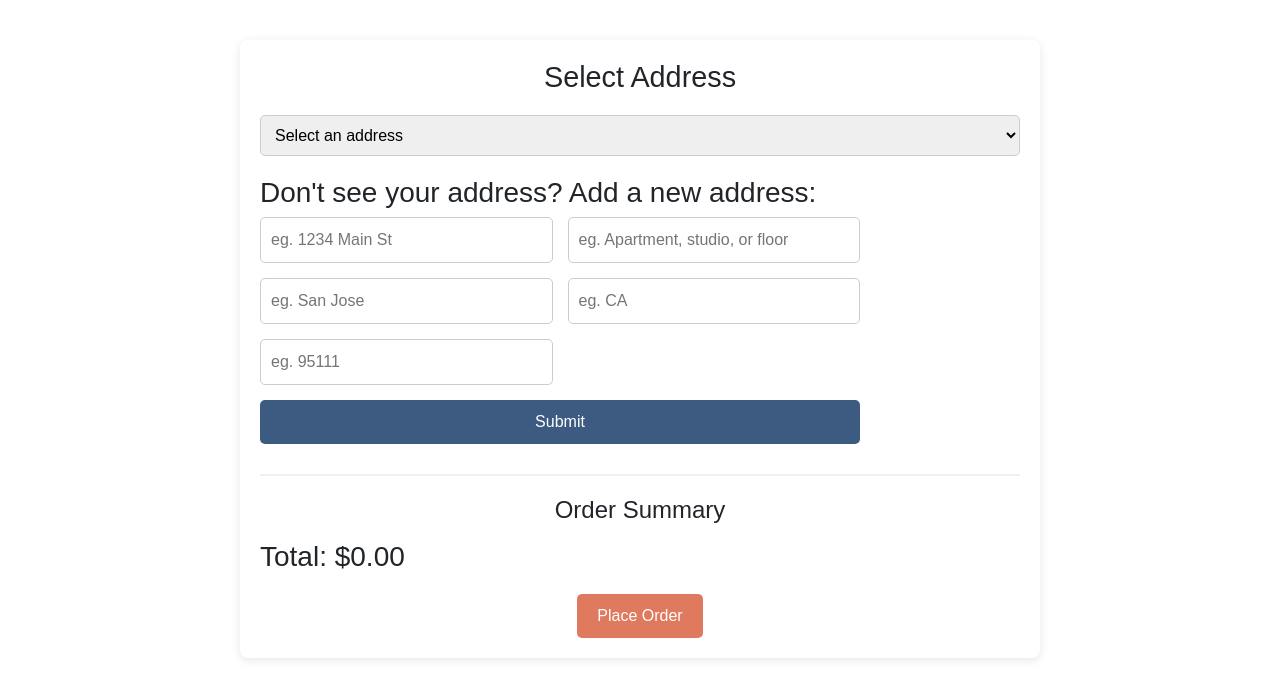
Repository: chelseajaculina/lab2-uber-eats
Page: /order (app in frontend/)
An editor plug-in stored every save of this project. The page is shown before and after a run of saves, followed by the edit.
The browser window is 1280 px wide. The pictures show the whole page.
The page's requests for data from a server got no answer. The project was rebuilt for these pictures with package versions that can differ from the ones it lists, and the page was loaded fresh each time. No one was signed in, and anything a server would have sent is missing. Also part of the build but not shown: frontend/src/components/Home.css, frontend/src/components/Logout.css, frontend/src/components/Logout.js, frontend/src/components/CartModal.css, frontend/src/components/CartModal.js, frontend/src/components/NavBarHome.js, frontend/src/components/Home.js, frontend/src/components/CustomerSignUp.js and 25 more.

Above is the page before, as saved 2024-11-19 16:54:30.

### frontend/src/components/OrderPage.js
import React, { useState, useEffect } from 'react';
import { useLocation } from 'react-router-dom';
import './OrderPage.css';

const OrderPage = () => {
  const location = useLocation();
  const cart = location.state?.cart || []; // Retrieve cart data from navigation state
  const [addresses, setAddresses] = useState([]); // State for saved addresses
  const [selectedAddress, setSelectedAddress] = useState(''); // State for the selected address

  // Function to calculate total amount
  const calculateTotal = () =>
    cart.reduce((total, item) => total + (parseFloat(item.price) || 0) * item.quantity, 0).toFixed(2);

  // Fetch saved addresses from the backend
  useEffect(() => {
    const fetchAddresses = async () => {
      try {
        const response = await fetch('/api/customers/addresses', {
          method: 'GET',
          headers: {
            'Content-Type': 'application/json',
            Authorization: `Bearer ${localStorage.getItem('token')}`, // Add token if needed for authentication
          },
        });

        if (response.ok) {
          const data = await response.json();
          setAddresses(data.addresses); // Assuming the API returns an object with an 'addresses' array
        } else {
          console.error('Failed to fetch addresses');
        }
      } catch (error) {
        console.error('Error fetching addresses:', error);
      }
    };

    fetchAddresses();
  }, []);

  return (
    <div className="order-page">
      <h2>Select Address</h2>
      <select
        className="address-dropdown"
        value={selectedAddress}
        onChange={(e) => setSelectedAddress(e.target.value)}
      >
        <option value="">Select an address</option>
        {addresses.map((address, index) => (
          <option key={index} value={address}>
            {address}
          </option>
        ))}
      </select>
      <h3>Don't see your address? Add a new address:</h3>
      <form className="new-address-form">
        <input type="text" name="street" placeholder="eg. 1234 Main St" />
        <input type="text" name="apartment" placeholder="eg. Apartment, studio, or floor" />
        <input type="text" name="city" placeholder="eg. San Jose" />
        <input type="text" name="state" placeholder="eg. CA" />
        <input type="text" name="zipcode" placeholder="eg. 95111" />
        <button type="submit">Submit</button>
      </form>
      <div className="order-summary">
        <h2>Order Summary</h2>
        {cart.map((item) => (
          <div key={item.id} className="summary-item">
            <span>{item.name}</span>
            <span>Qty: {item.quantity}</span>
            <span>${(parseFloat(item.price) * item.quantity).toFixed(2)}</span>
          </div>
        ))}
        <h3>Total: ${calculateTotal()}</h3>
        <button className="place-order-button">Place Order</button>
      </div>
    </div>
  );
};

export default OrderPage;

### frontend/src/components/SignUp.css
/* Shared container styling for login and signup */
.signup-container {
    display: flex;
    flex-direction: column;
    align-items: center;
    padding: 20px;
    width: 100%;
    background-color: #f7f7f7; /* Light gray background */
}

/* Shared header styling for both signup and login */
.signup-header {
    background-color: transparent;
    width: 100%;
    text-align: center;
    padding: 10px;
}

/* Brand title styling for consistency */
.brand-title {
    color: #000; /* Black color for "Uber" */
    font-size: 24px;
}

.brand-title span {
    color: #34a853; /* Green color for "Eats" */
}

/* Container to hold both forms side by side */
.signup-forms {
    display: flex;
    justify-content: space-between;
    width: 80%;
    max-width: 1200px;
    gap: 20px; /* Space between the two forms */
    margin-top: 20px;
}

/* Styling for each individual form container */
.form-container {
    flex: 1;
    background-color: white;
    padding: 20px;
    border-radius: 10px;
    box-shadow: 0 4px 10px rgba(0, 0, 0, 0.1);
    text-align: center;
}

/* Shared form styling for inputs and buttons */
.signup-form, .login-form {
    display: flex;
    flex-direction: column;
    width: 100%;
    margin-top: 20px;
}

.signup-form h2, h2 {
    text-align: center;
    font-size: 18px;
    margin-bottom: 10px;
    color: #333;
}

.signup-form input,  input {
    width: 100%;
    padding: 12px;
    margin: 8px 0;
    border-radius: 8px;
    border: 1px solid #ccc;
    font-size: 16px;
}

.continue-button {
    background-color: black;
    color: white;
    padding: 12px;
    border: none;
    border-radius: 8px;
    font-size: 16px;
    cursor: pointer;
    margin-top: 10px;
}

.divider {
    display: flex;
    align-items: center;
    text-align: center;
    margin: 20px 0;
}

.line {
    flex: 1;
    height: 1px;
    background-color: #ccc;
    border: none;
}



.google-button, .apple-button, .qr-code-button {
    display: flex;
    align-items: center;
    justify-content: center;
    background-color: #f5f5f5;
    color: black;
    padding: 12px;
    margin: 8px 0;
    border-radius: 8px;
    border: 1px solid #ccc;
    font-size: 16px;
    cursor: pointer;
}

.google-button img, .apple-button img, .qr-code-button img {
    width: 20px;
    height: 20px;
    margin-right: 10px;
}

.disclaimer {
    font-size: 12px;
    color: gray;
    text-align: center;
    margin-top: 10px;
    line-height: 1.5;
}

.link-button {
    color: #000;
    font-weight: bold;
    text-decoration: none;
    cursor: pointer;
    background: #000;  /* Remove default background */
    border: none;      /* Remove default border */
    padding: 0.5rem;   /* Optional padding to make it look button-like */
    color: #fff;
}

/* Responsive design for smaller screens */
@media (max-width: 768px) {
    .signup-forms {
        flex-direction: column;
        align-items: center;
    }

    .form-container {
        width: 100%;
        margin-bottom: 20px;
    }
}


/* Stretch buttons across form container */
.google-button, .apple-button, .qr-code-button {
    display: flex;
    align-items: center;
    justify-content: center;
    background-color: #f5f5f5;
    color: black;
    padding: 12px;
    margin: 8px 0;
    border-radius: 8px;
    border: 1px solid #ccc;
    font-size: 16px;
    cursor: pointer;
    width: 100%; /* Make buttons full width */
    max-width: 300px; /* Optional max-width to keep buttons from getting too wide */
}

/* Center the buttons within the form container */
.signup-form, .login-form {
    display: flex;
    flex-direction: column;
    align-items: center; /* Center all elements horizontally */
    width: 100%;
    margin-top: 20px;
}

/* Center the button icon */
.google-button .icon, .apple-button .icon, .qr-code-button .icon {
    margin-right: 10px;
    font-size: 20px;
}

### frontend/src/components/CustomerProfile.css
/* Main Container */
.dashboard-container {
    display: flex;
    font-family: Arial, sans-serif;
  }

  /* Sidebar */
  .sidebar {
    width: 250px;
    background-color: #000;
    color: #fff;
    padding: 20px;
    min-height: 100vh;
  }

  .sidebar h2 {
    font-size: 1.2em;
    margin-bottom: 20px;
    color: #fff;
  }

  .sidebar ul {
    list-style-type: none;
    padding: 0;
  }

  .sidebar ul li {
    padding: 15px 0;
    color: #ccc;
    cursor: pointer;
  }

  .sidebar ul li:hover,
  .sidebar ul li.active {
    color: #fff;
    background-color: #333;
    padding-left: 10px;
    border-radius: 5px;
  }

  /* Content Section */
  .content {
    flex: 1;
    padding: 40px;
  }

  .content h1 {
    font-size: 2em;
    font-weight: bold;
    margin-bottom: 20px;
  }

  /* Form Styling */
  form {
    display: flex;
    flex-direction: column;
    gap: 15px;
    max-width: 600px;
    margin-bottom: 30px;
  }

  form label {
    font-weight: bold;
    margin-bottom: 5px;
  }

  form input[type="text"],
  form input[type="date"],
  form input[type="email"],
  form input[type="tel"],
  form select {
    width: 100%;
    padding: 10px;
    border: 1px solid #ccc;
    border-radius: 5px;
  }

  form button {
    padding: 10px 15px;
    background-color: #28a745;
    color: #fff;
    border: none;
    border-radius: 5px;
    cursor: pointer;
  }

  form button:hover {
    background-color: #000;
  }

  /* Profile Picture Section */
  .profile-section {
    display: flex;
    align-items: center;
    gap: 10px;
    margin-bottom: 20px;
  }

  .profile-picture {
    width: 100px;
    height: 100px;
    border-radius: 75%;
    object-fit: cover;
    border: 1px solid #ccc;
  }

  .profile-picture-input {
    margin-top: 10px;
  }

  .profile-picture-btn {
    padding: 8px 12px;
    background-color: #28a745;
    color: #fff;
    border: none;
    border-radius: 5px;
    cursor: pointer;
    margin-top: 10px;
  }

  .profile-picture-btn:hover {
    background-color: #000000;
  }

  /* Favorites Section */
  .favorites-section {
    margin-top: 30px;
  }

  .favorites-section h2 {
    font-size: 1.5em;
    font-weight: bold;
    margin-bottom: 10px;
  }

  .favorites-section ul {
    list-style-type: none;
    padding: 0;
  }

  .favorites-section li {
    padding: 10px 0;
    border-bottom: 1px solid #eee;
  }

  /* Edit Icon Styling (optional) */
  .edit-icon {
    cursor: pointer;
    font-size: 1.2em;
    color: #007bff;
    background: #fff;
    border-radius: 50%;
    padding: 5px;
    border: 1px solid #007bff;
  }

### frontend/src/components/RestaurantProfile.css
/* Main Container */
.dashboard-container {
    display: flex;
    font-family: Arial, sans-serif;
  }

  /* Sidebar */
  .sidebar {
    width: 250px;
    background-color: #000;
    color: #fff;
    padding: 20px;
    min-height: 100vh;
  }

  .sidebar h2 {
    font-size: 1.2em;
    margin-bottom: 20px;
    color: #fff;
  }

  .sidebar ul {
    list-style-type: none;
    padding: 0;
  }

  .sidebar ul li {
    padding: 15px 0;
    color: #ccc;
    cursor: pointer;
  }

  .sidebar ul li:hover,
  .sidebar ul li.active {
    color: #fff;
    background-color: #333;
    padding-left: 10px;
    border-radius: 5px;
  }

  /* Content Section */
  .content {
    flex: 1;
    padding: 40px;
  }

  .content h1 {
    font-size: 2em;
    font-weight: bold;
    margin-bottom: 20px;
  }

  /* Form Styling */
  form {
    display: flex;
    flex-direction: column;
    gap: 15px;
    max-width: 600px;
    margin-bottom: 30px;
  }

  form label {
    font-weight: bold;
    margin-bottom: 5px;
  }

  form input[type="text"],
  form input[type="date"],
  form input[type="email"],
  form input[type="tel"],
  form select {
    width: 100%;
    padding: 10px;
    border: 1px solid #ccc;
    border-radius: 5px;
  }

  form button {
    padding: 10px 15px;
    background-color: #28a745;
    color: #fff;
    border: none;
    border-radius: 5px;
    cursor: pointer;
  }

  form button:hover {
    background-color: #000;
  }

  /* Profile Picture Section */
  .profile-section {
    display: flex;
    align-items: center;
    gap: 10px;
    margin-bottom: 20px;
  }

  .profile-picture {
    width: 100px;
    height: 100px;
    border-radius: 75%;
    object-fit: cover;
    border: 1px solid #ccc;
  }

  .profile-picture-input {
    margin-top: 10px;
  }

  .profile-picture-btn {
    padding: 8px 12px;
    background-color: #28a745;
    color: #fff;
    border: none;
    border-radius: 5px;
    cursor: pointer;
    margin-top: 10px;
  }

  .profile-picture-btn:hover {
    background-color: #000000;
  }

  /* Favorites Section */
  .favorites-section {
    margin-top: 30px;
  }

  .favorites-section h2 {
    font-size: 1.5em;
    font-weight: bold;
    margin-bottom: 10px;
  }

  .favorites-section ul {
    list-style-type: none;
    padding: 0;
  }

  .favorites-section li {
    padding: 10px 0;
    border-bottom: 1px solid #eee;
  }

  /* Edit Icon Styling (optional) */
  .edit-icon {
    cursor: pointer;
    font-size: 1.2em;
    color: #007bff;
    background: #fff;
    border-radius: 50%;
    padding: 5px;
    border: 1px solid #007bff;
  }

### frontend/src/components/RestaurantMenu.css
/* General Reset */
* {
  margin: 0;
  padding: 0;
  box-sizing: border-box;
  font-family: Arial, Helvetica, sans-serif;
}

/* Container for the entire menu section */
.restaurant-menu {
  width: 100%;
  padding: 20px;
  display: flex;
  flex-direction: column;
  align-items: center;
  background-color: #f5f5f5;
}

/* Title of the menu */
.menu-title {
  font-size: 2rem;
  margin-bottom: 20px;
  color: #333;
}

/* Section for the add dish button */
.add-dish-section {
  width: 100%;
  display: flex;
  justify-content: center;
  margin-bottom: 20px;
}

.add-dish-button {
  padding: 10px 20px;
  font-size: 1rem;
  background-color: black;
  color: white;
  border: none;
  border-radius: 5px;
  cursor: pointer;
  transition: background-color 0.3s;
}

.add-dish-button:hover {
  background-color: #333;
}

/* Dishes list */
.dishes-list {
  width: 100%;
  display: flex;
  flex-wrap: wrap;
  justify-content: center;
  gap: 20px;
}

/* Individual dish card */
.dish-card {
  background-color: white;
  width: 250px;
  padding: 10px;
  border-radius: 10px;
  box-shadow: 0 4px 8px rgba(0, 0, 0, 0.1);
  text-align: center;
  display: flex;
  flex-direction: column;
  align-items: center;
}

.dish-image {
  width: 100%;
  height: 180px;
  object-fit: cover;
  border-radius: 10px;
  margin-bottom: 10px;
}

.dish-card h3 {
  font-size: 1.2rem;
  color: #333;
}

.dish-card p {
  font-size: 0.9rem;
  color: #555;
}

.dish-card strong {
  color: #000;
}

/* Modal overlay */
.modal-overlay {
  position: fixed;
  top: 0;
  left: 0;
  width: 100%;
  height: 100%;
  background-color: rgba(0, 0, 0, 0.5);
  display: flex;
  justify-content: center;
  align-items: center;
}

/* Modal content */
.modal-content {
  background-color: white;
  padding: 20px;
  width: 400px;
  border-radius: 10px;
  box-shadow: 0 4px 8px rgba(0, 0, 0, 0.2);
}

.modal-content h2 {
  font-size: 1.5rem;
  margin-bottom: 20px;
  color: #333;
}

.dish-form {
  display: flex;
  flex-direction: column;
  gap: 10px;
}

.dish-form input,
.dish-form select,
.dish-form textarea {
  padding: 10px;
  font-size: 1rem;
  border: 1px solid #ccc;
  border-radius: 5px;
  width: 100%;
  box-sizing: border-box;
}

.dish-form textarea {
  resize: vertical;
  height: 100px;
}

.form-buttons {
  display: flex;
  justify-content: space-between;
}

.save-button {
  background-color: #00cc66;
  color: white;
  padding: 10px 20px;
  border: none;
  border-radius: 5px;
  cursor: pointer;
  transition: background-color 0.3s;
}

.save-button:hover {
  background-color: #00a653;
}

.cancel-button {
  background-color: #ccc;
  color: #333;
  padding: 10px 20px;
  border: none;
  border-radius: 5px;
  cursor: pointer;
  transition: background-color 0.3s;
}

.cancel-button:hover {
  background-color: #bbb;
}

/* Price input styling */
.price-input {
  display: flex;
  align-items: center;
}

.price-input span {
  margin-right: 10px;
  font-size: 1rem;
  color: #333;
}

/* Loading message */
.loading {
  text-align: center;
  font-size: 1.2rem;
  color: #333;
}

### frontend/src/components/OrderPage.css
.order-page {
    max-width: 800px;
    margin: 40px auto;
    background-color: white;
    padding: 20px;
    border-radius: 8px;
    box-shadow: 0 2px 10px rgba(0, 0, 0, 0.1);
  }

  .order-page h2 {
    font-size: 1.8rem;
    margin-bottom: 20px;
    text-align: center;
  }

  .address-dropdown {
    width: 100%;
    padding: 10px;
    border: 1px solid #ccc;
    border-radius: 5px;
    margin-bottom: 20px;
  }

  .new-address-form {
    display: grid;
    grid-template-columns: 1fr 1fr;
    gap: 15px;
    margin-bottom: 20px;
  }

  .new-address-form input {
    width: 100%;
    padding: 10px;
    border: 1px solid #ccc;
    border-radius: 5px;
  }

  .new-address-form button {
    grid-column: span 2;
    background-color: #3d5a80;
    color: white;
    border: none;
    padding: 10px;
    border-radius: 5px;
    cursor: pointer;
  }

  .new-address-form button:hover {
    opacity: 0.9;
  }

  .order-summary {
    margin-top: 30px;
    border-top: 2px solid #f0f0f0;
    padding-top: 20px;
  }

  .order-summary h2 {
    font-size: 1.5rem;
    margin-bottom: 15px;
  }

  .summary-item {
    display: flex;
    justify-content: space-between;
    padding: 10px 0;
    border-bottom: 1px solid #f0f0f0;
  }

  .summary-item:last-child {
    border-bottom: none;
  }

  .place-order-button {
    background-color: #e07a5f;
    color: white;
    border: none;
    padding: 10px 20px;
    border-radius: 5px;
    cursor: pointer;
    display: block;
    margin: 20px auto 0;
    font-size: 1rem;
  }

  .place-order-button:hover {
    opacity: 0.9;
  }

Loaded but not shown: frontend/public/index.html (common file); frontend/src/App.js (86 lines, source omitted); frontend/src/contexts/CartContext.js (42 lines, source omitted); frontend/src/index.js (14 lines, source omitted); frontend/src/components/NavBar.css (372 lines, source omitted); frontend/src/components/NavBarBusiness.css (260 lines, source omitted); frontend/src/components/Welcome.css (197 lines, source omitted)

After the next 2 saves:
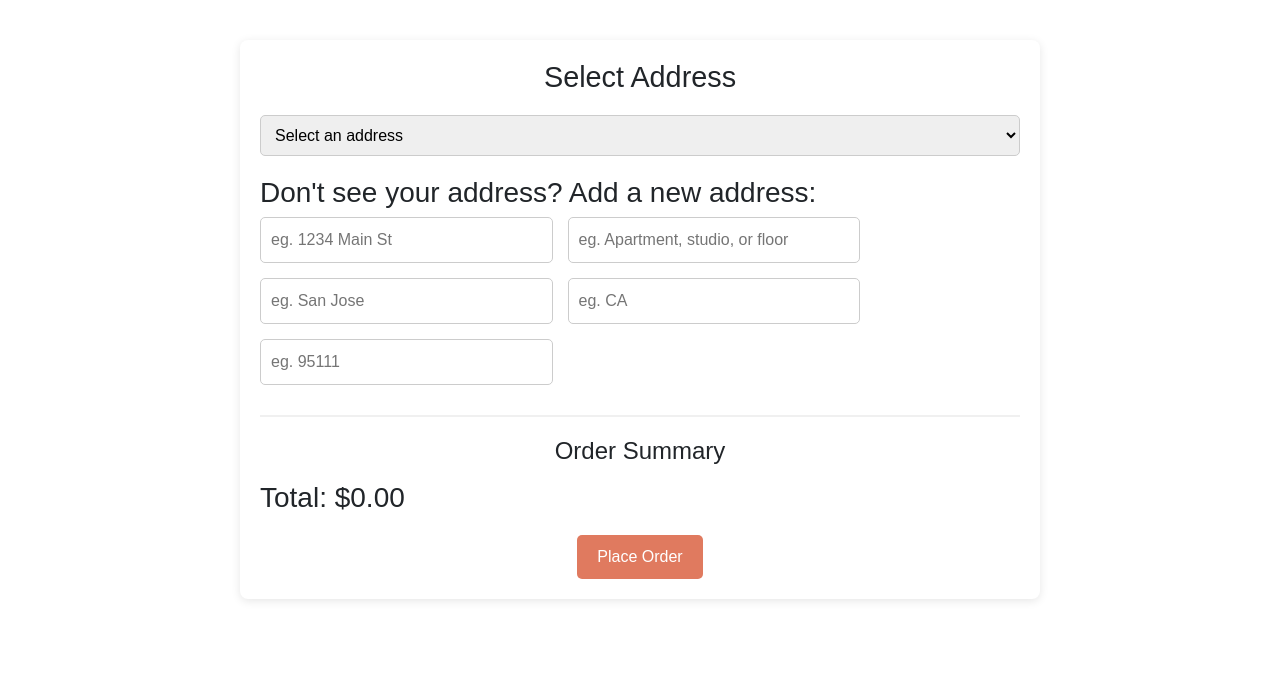
The 2 saves are shown as one change because they came seconds apart.
The last was saved 2 min 3 s later.
--- a/frontend/src/components/OrderPage.js
+++ b/frontend/src/components/OrderPage.js
@@ -60,7 +60,7 @@
         <input type="text" name="city" placeholder="eg. San Jose" />
         <input type="text" name="state" placeholder="eg. CA" />
         <input type="text" name="zipcode" placeholder="eg. 95111" />
-        <button type="submit">Submit</button>
+        {/* <button type="submit">Submit</button> */}
       </form>
       <div className="order-summary">
         <h2>Order Summary</h2>

After the save that followed:
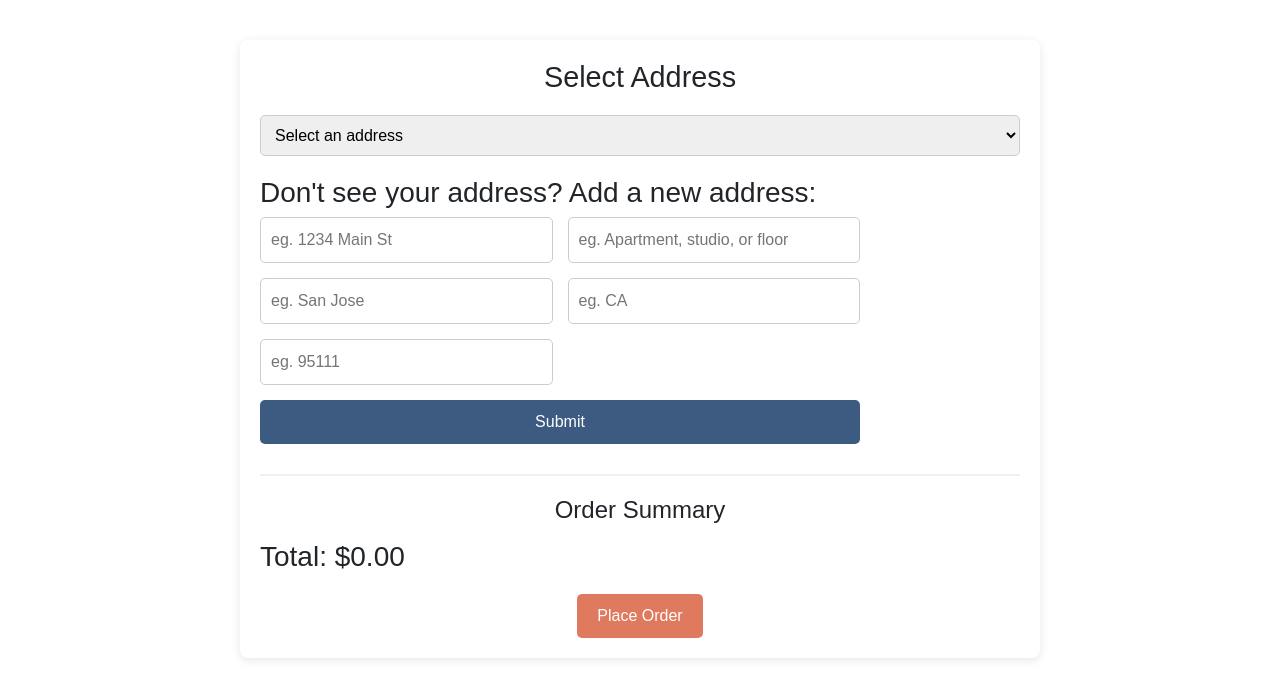
Saved 38 s later.
--- a/frontend/src/components/OrderPage.js
+++ b/frontend/src/components/OrderPage.js
@@ -1,14 +1,16 @@
 import React, { useState, useEffect } from 'react';
-import { useLocation } from 'react-router-dom';
+import { useLocation, useNavigate } from 'react-router-dom';
 import './OrderPage.css';
 
 const OrderPage = () => {
   const location = useLocation();
+  const navigate = useNavigate();
   const cart = location.state?.cart || []; // Retrieve cart data from navigation state
-  const [addresses, setAddresses] = useState([]); // State for saved addresses
-  const [selectedAddress, setSelectedAddress] = useState(''); // State for the selected address
 
-  // Function to calculate total amount
+  const [addresses, setAddresses] = useState([]);
+  const [selectedAddress, setSelectedAddress] = useState('');
+  const [isOrderPlaced, setIsOrderPlaced] = useState(false); // State to track if the order is placed
+
   const calculateTotal = () =>
     cart.reduce((total, item) => total + (parseFloat(item.price) || 0) * item.quantity, 0).toFixed(2);
 
@@ -20,13 +22,13 @@
           method: 'GET',
           headers: {
             'Content-Type': 'application/json',
-            Authorization: `Bearer ${localStorage.getItem('token')}`, // Add token if needed for authentication
+            Authorization: `Bearer ${localStorage.getItem('token')}`, // Add token if needed
           },
         });
 
         if (response.ok) {
           const data = await response.json();
-          setAddresses(data.addresses); // Assuming the API returns an object with an 'addresses' array
+          setAddresses(data.addresses || []);
         } else {
           console.error('Failed to fetch addresses');
         }
@@ -37,6 +39,13 @@
 
     fetchAddresses();
   }, []);
+
+  const handlePlaceOrder = () => {
+    // Simulate an API call to place the order
+    setTimeout(() => {
+      setIsOrderPlaced(true); // Set order placed to true
+    }, 1000); // Simulate delay for API call
+  };
 
   return (
     <div className="order-page">
@@ -60,7 +69,7 @@
         <input type="text" name="city" placeholder="eg. San Jose" />
         <input type="text" name="state" placeholder="eg. CA" />
         <input type="text" name="zipcode" placeholder="eg. 95111" />
-        {/* <button type="submit">Submit</button> */}
+        <button type="submit">Submit</button>
       </form>
       <div className="order-summary">
         <h2>Order Summary</h2>
@@ -72,8 +81,24 @@
           </div>
         ))}
         <h3>Total: ${calculateTotal()}</h3>
-        <button className="place-order-button">Place Order</button>
+        {!isOrderPlaced && (
+          <button className="place-order-button" onClick={handlePlaceOrder}>
+            Place Order
+          </button>
+        )}
       </div>
+      {isOrderPlaced && (
+        <div className="confirmation-message">
+          <h3>Congratulations!</h3>
+          <p>
+            Your order has been placed! Stay hungry, our delivery executive will
+            be assigned shortly.
+          </p>
+          <button onClick={() => navigate('/dashboard')} className="dashboard-button">
+            Go to Dashboard
+          </button>
+        </div>
+      )}
     </div>
   );
 };
